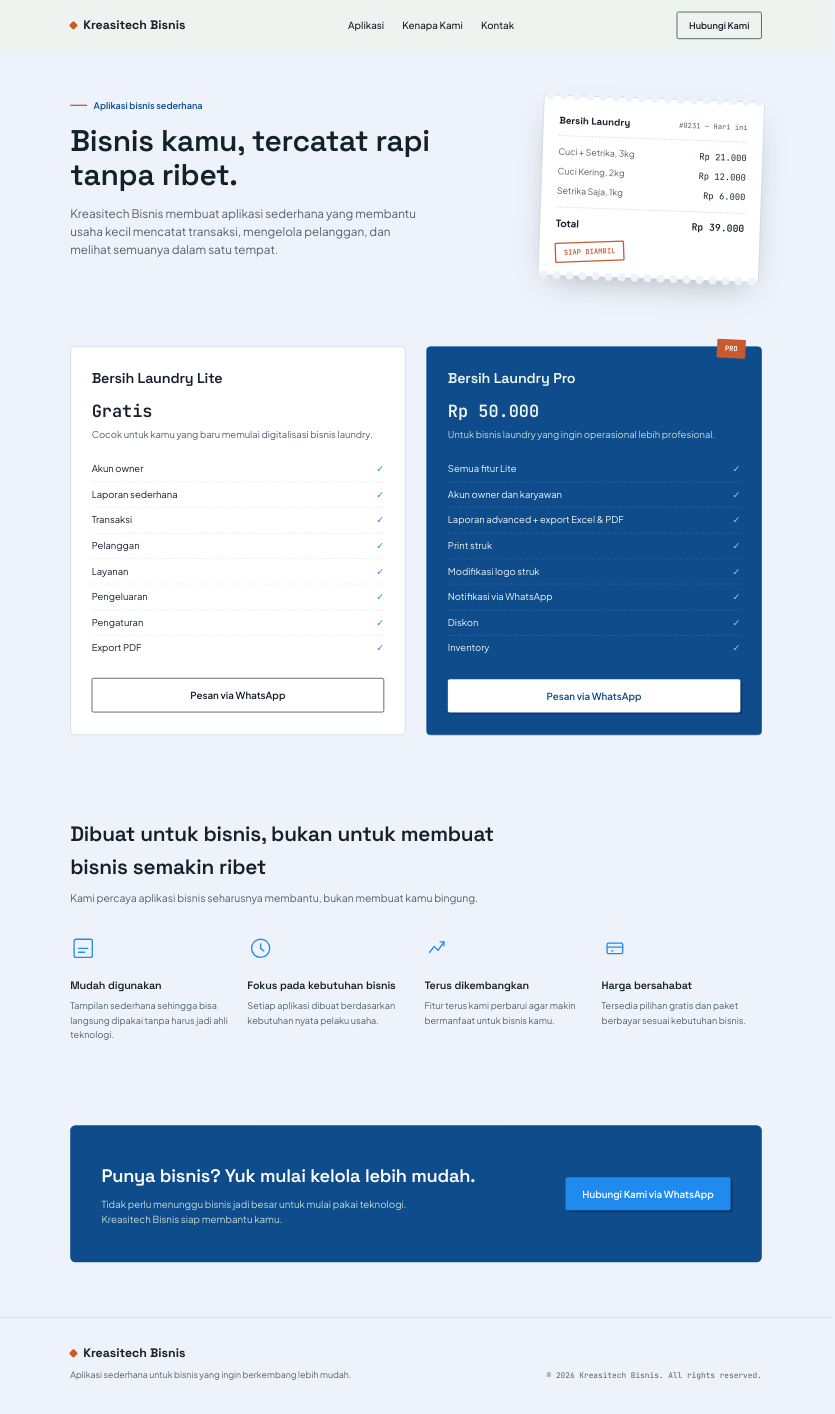
Repository: joao880hbhb/kreasitech
Page: produk/bersih-laundry.html
The author's editor kept a copy of each file at every save. The page is drawn from the files as they stood at one save, then again after the next save.
The browser window is 1280 px wide. The page is 1280 px wide, then 1285 px, so the pictures cover 1285 px, including what lies to the right of the window. The pictures show the whole page, at 65% of full size.

Above is the page before, as saved 2026-09-14 21:33:12.

After the next save:
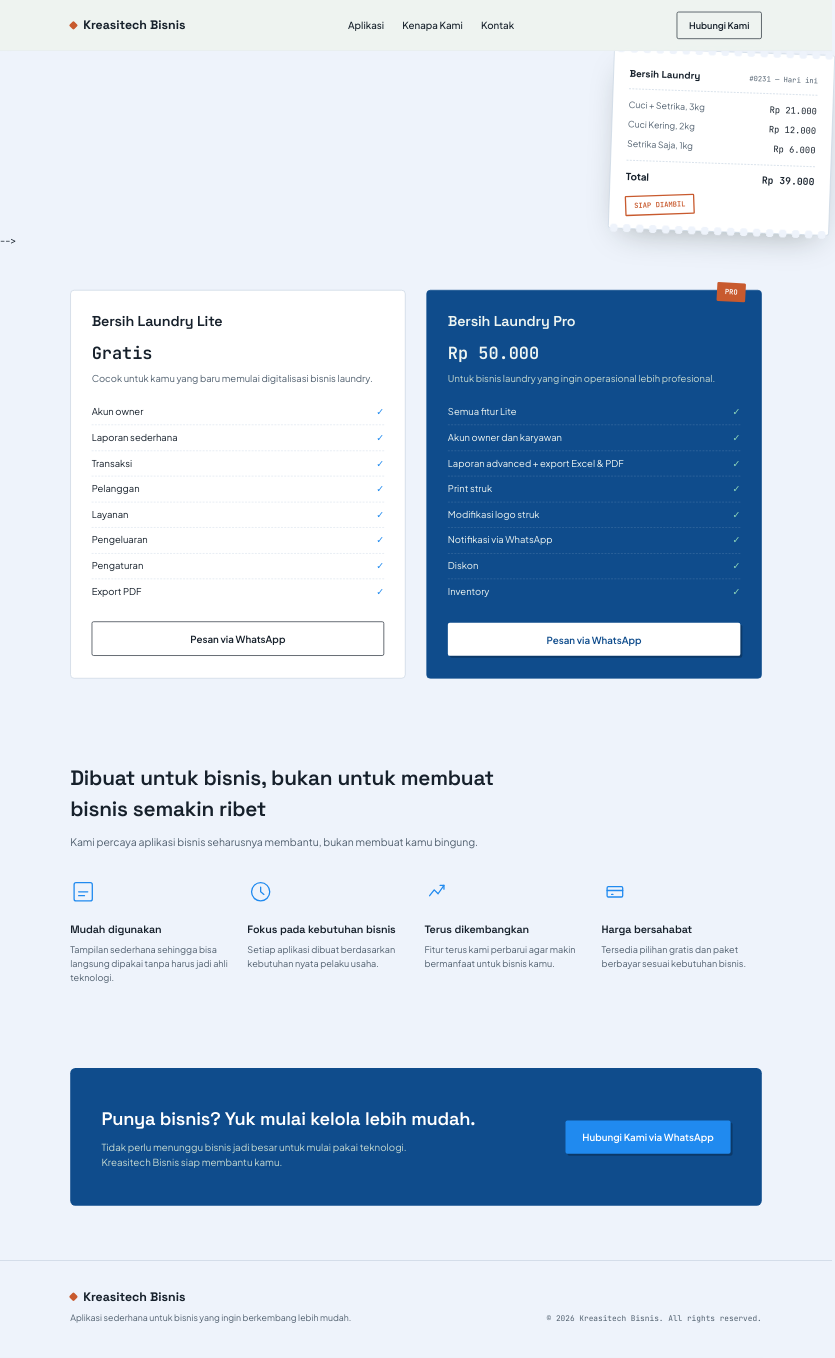
Saved 44 s later.
--- a/produk/bersih-laundry.html
+++ b/produk/bersih-laundry.html
@@ -245,7 +245,7 @@
   </nav>
 </header>
 
-<section class="hero">
+<!-- <section class="hero">
   <div class="wrap hero-grid">
     <div>
       <div class="eyebrow-line">Aplikasi bisnis sederhana</div>
@@ -270,7 +270,7 @@
       </div>
     </div>
   </div>
-</section>
+</section> -->
 
 <!-- <div class="wrap"><div class="value-row">
   <div class="vcell"><div class="num">01</div><h3>Mudah digunakan</h3><p>Tidak perlu jadi ahli teknologi untuk mulai memakainya.</p></div>
